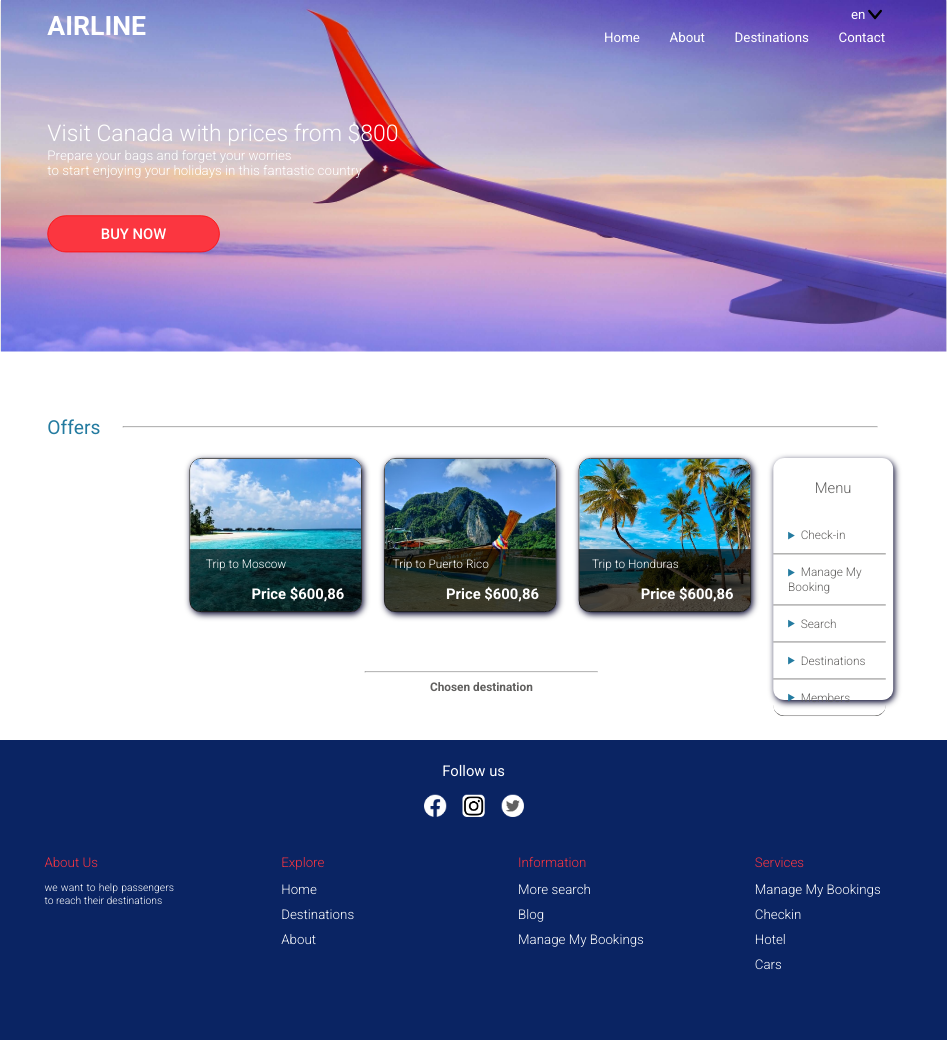
Repository: Cherced/AIRLINES
Page: /
The author's editor kept a copy of each file at every save. The page is drawn from the files as they stood at one save, then again after the next save.
The browser window is 1280 px wide. The pictures show the whole page, at 74% of full size.
The project was rebuilt for these pictures with package versions that can differ from the ones it lists, and the page was loaded fresh each time. The framework's server and built-in components were replaced by stand-ins that run in the browser. Also part of the build but not shown: components/atoms/BannerStaff/Modal/SelectIdioms.jsx.

Above is the page before, as saved 2022-07-01 06:37:45.

After the next save:
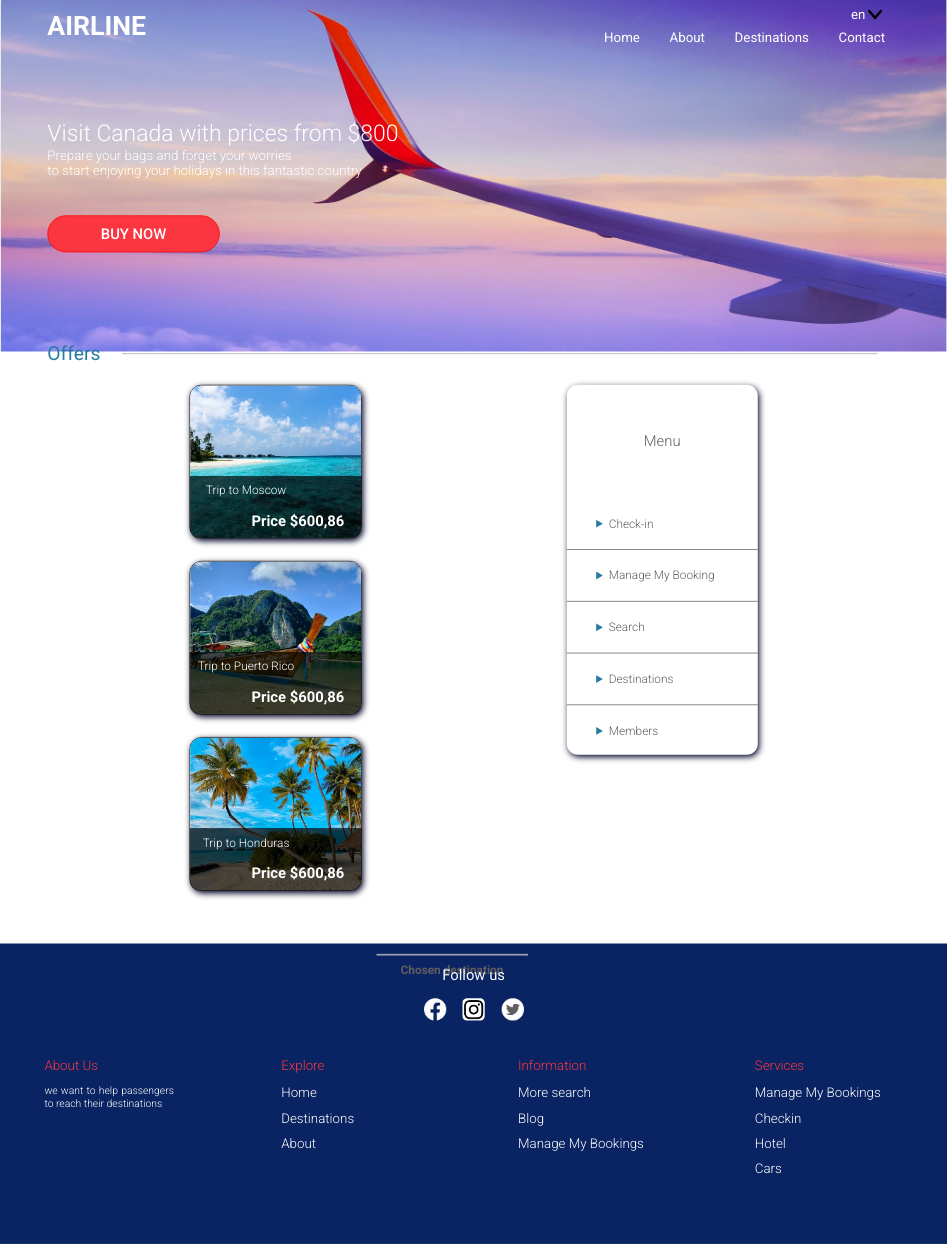
Saved 39 s later.
--- a/sass/Elements/_offerts.scss
+++ b/sass/Elements/_offerts.scss
@@ -173,6 +173,61 @@
 
 
 
+@media screen and (max-width: 1440px)  {
+    .offers-Section--Container {
+        height: 800px;
+
+        .offers-BoxModel--Container {
+            .offers-BoxModel-Content {
+                hr {
+                    margin-left: 200px;
+                }
+
+                h3 {
+                    margin-left: 200px;
+                }
+
+                .promotional-Cards--Container {
+                    display: flex;
+                    margin-bottom: 45px;
+                    flex-wrap: wrap;
+
+                    .promotionalCard {
+                        width: 233px;
+                        height: 208px;
+                        border-radius: 60px;
+                        margin-right: 30px;
+                        margin-bottom: 30px;
+                    }
+                }
+            }
+
+            .menuAside--Container {
+                width: 400px;
+                height: 500px;
+
+                #EXPECIFFFYYY li:nth-child(5) {
+                    border: none;
+                }
+
+                .menuAside-Navbar--Container {
+                    width: 100%;
+
+                    .list-Items--Container {
+                        height: 283px;
+                        width: 113%;
+
+                        li {
+                            padding: 25px 40px;
+                        }
+                    }
+                }
+            }
+        }
+    }
+}
+
+
 
 @media screen and (max-width: 1366px) and (min-height: 1024px) {
     .offers-Section--Container {
